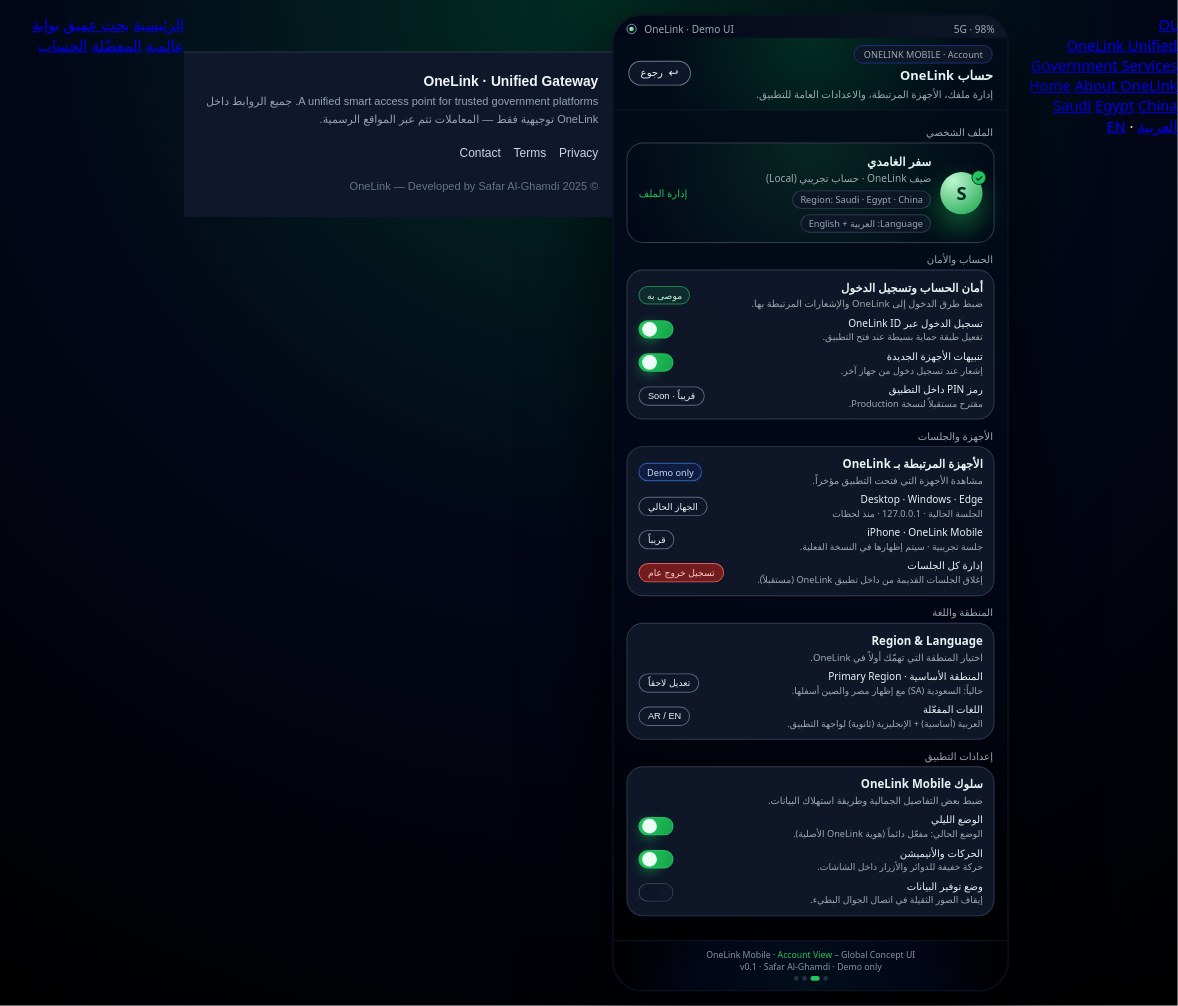
Repository: seesafar/GovLinksApp
Page: docs/app-ui/app-account.html
An editor plug-in stored every save of this project. The page is shown before and after a run of saves, followed by the edit.
The browser window is 1280 px wide. The pictures show the whole page, at 92% of full size.

Above is the page before, as saved 2025-12-01 04:24:19.

After the next 2 saves:
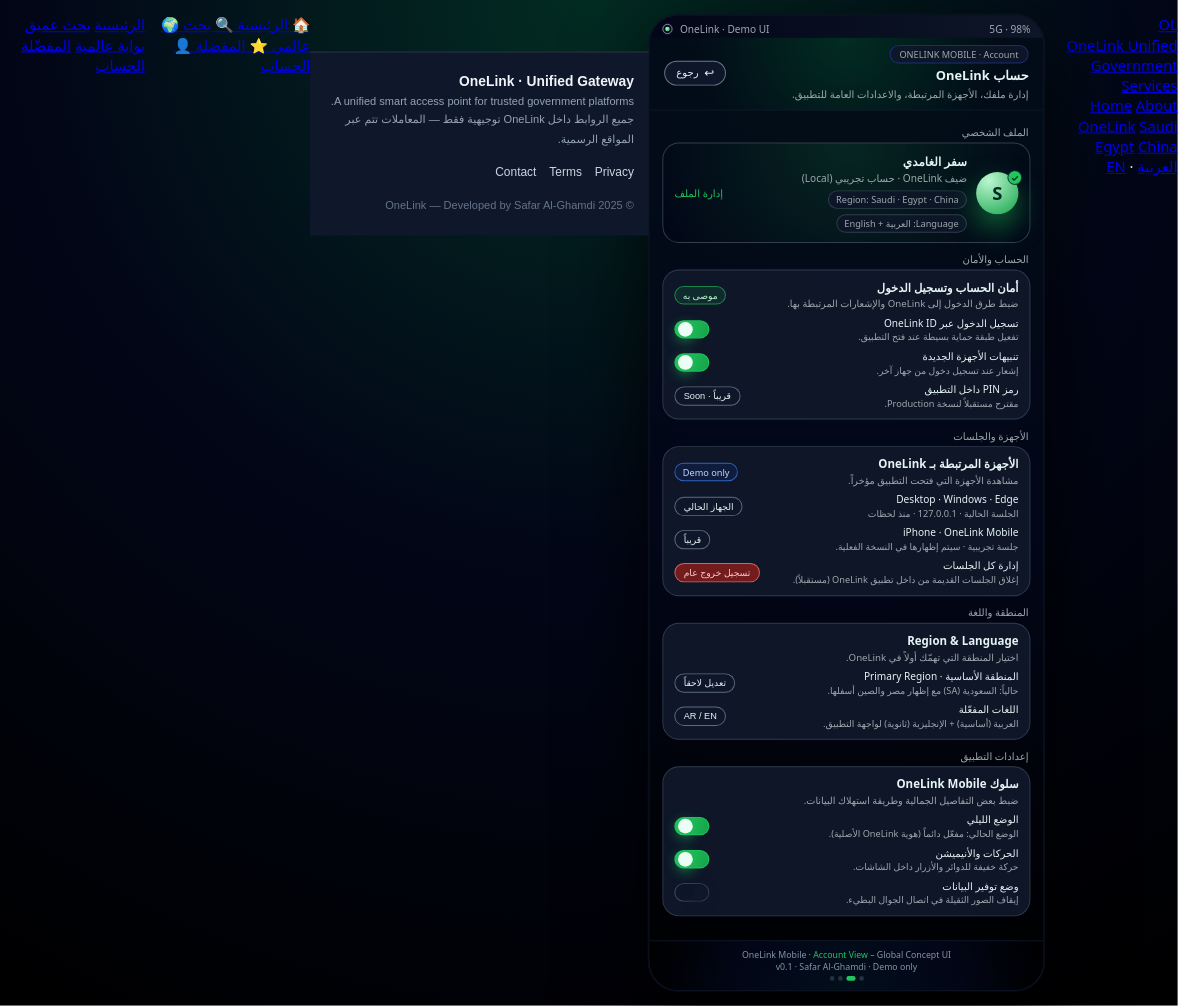
The 2 saves are shown as one change because they came seconds apart.
The last was saved 5 s later.
--- a/docs/app-ui/app-account.html
+++ b/docs/app-ui/app-account.html
@@ -628,7 +628,8 @@
   </div>
     <div data-include="../core/layout/footer.html"></div>
   <script src="../core/js/include.js"></script>
-
+  <div data-include="../core/layout/bottom-nav.html"></div>
+<script src="../core/js/include.js"></script>
 </body>
 </html>
 <nav class="app-nav">
